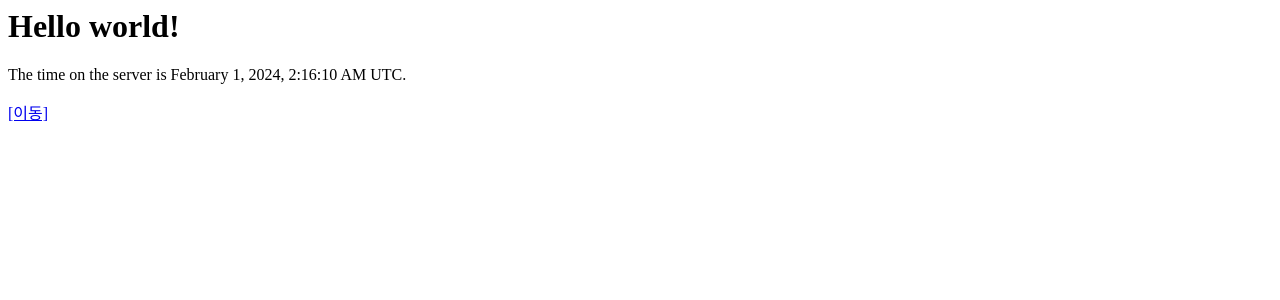
Repository: Taein142/STS3
Page: http://localhost/spring-first/
An editor plug-in stored every save of this project. The page is shown before and after the next save, followed by the edit.
The browser window is 1280 px wide. The pictures show the whole page.
The page is served by Tomcat 9. Other server files are loaded and not shown. The template is opened directly, without the code that normally fills it, so the values that code supplies are empty.

Above is the page before, as saved 2024-02-01 05:45:14.

### spring-first/src/main/webapp/WEB-INF/views/home.jsp
<%@ page language="java" contentType="text/html; charset=UTF-8"
    pageEncoding="UTF-8"%>
<%@ taglib uri="http://java.sun.com/jsp/jstl/core" prefix="c" %>
<%@ page session="false" %>
<html>
<head>
	<title>Home</title>
</head>
<body>
<h1>
	Hello world!
</h1>

<P>  The time on the server is ${serverTime}. </P>
<a href="first">[이동]</a>
</body>
</html>

After the next save:
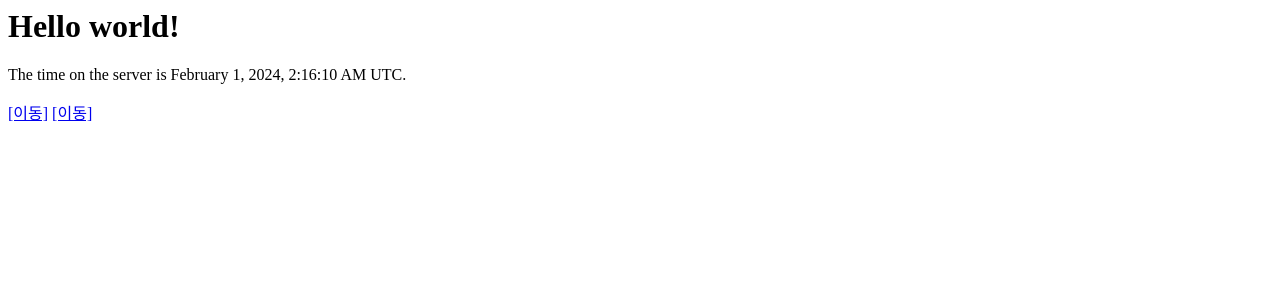
Saved 81 s later.
--- a/spring-first/src/main/webapp/WEB-INF/views/home.jsp
+++ b/spring-first/src/main/webapp/WEB-INF/views/home.jsp
@@ -13,5 +13,6 @@
 
 <P>  The time on the server is ${serverTime}. </P>
 <a href="first">[이동]</a>
+<a href="app/first">[이동]</a>
 </body>
 </html>

After the save that followed:
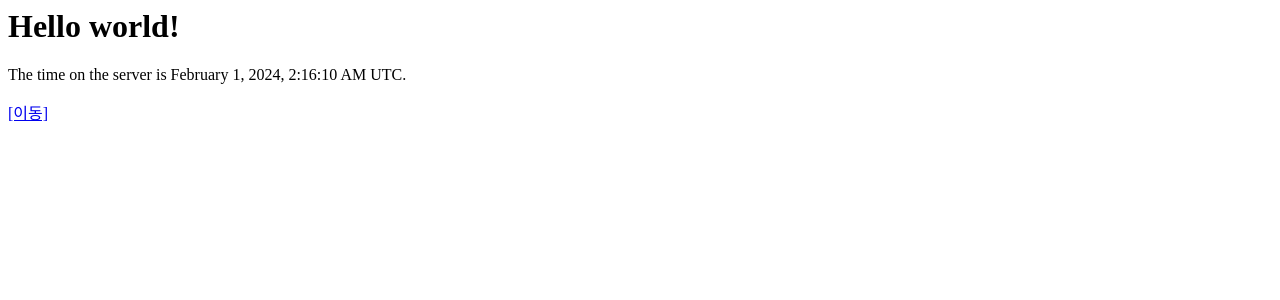
Saved 11 s later.
--- a/spring-first/src/main/webapp/WEB-INF/views/home.jsp
+++ b/spring-first/src/main/webapp/WEB-INF/views/home.jsp
@@ -13,6 +13,6 @@
 
 <P>  The time on the server is ${serverTime}. </P>
 <a href="first">[이동]</a>
-<a href="app/first">[이동]</a>
+<!-- <a href="app/first">[이동]</a> -->
 </body>
 </html>
